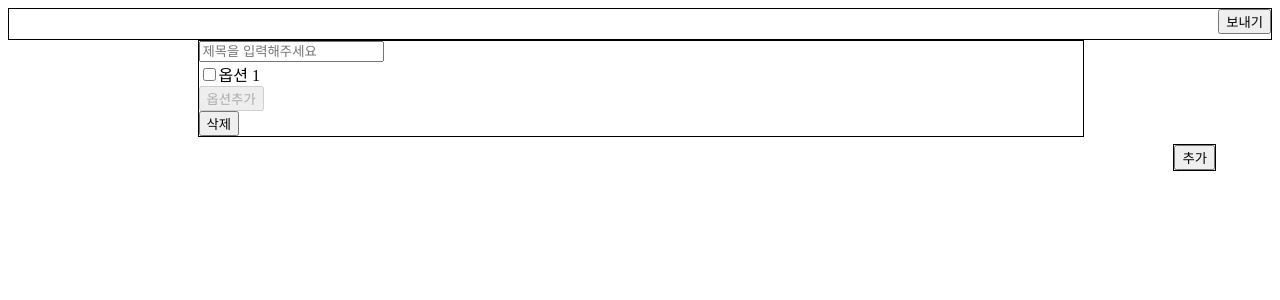
Repository: binigy97/VoteStie
Page: voteWeb/src/main/webapp/index.html
These files come from the project's save history. The page is drawn as it stood at one moment and after the next save; the edit follows.
The browser window is 1280 px wide. The pictures show the whole page.

Above is the page before, as saved 2022-03-03 08:40:48.

After the next save:
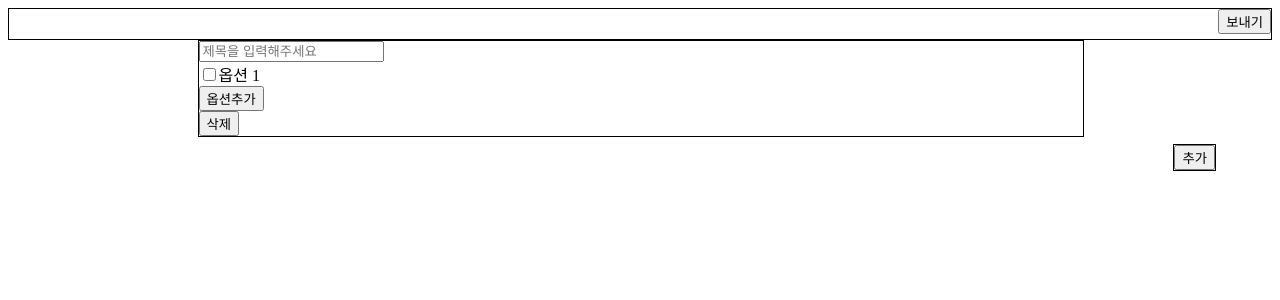
Saved 55 s later.
--- a/voteWeb/src/main/webapp/index.html
+++ b/voteWeb/src/main/webapp/index.html
@@ -49,10 +49,10 @@ div > label:last-child {
 			<input type="text" name="title" placeholder="제목을 입력해주세요">
 			<div>
 				<label><input type="checkbox" name="op1" value="옵션 1">옵션 1</label>
-				<a href="add_btn"><input type="submit" value="옵션추가" disabled></a>
+				<a href="add_btn"><input type="submit" value="옵션추가"></a>
 			</div>
 			<div>
-				<input type="button" value="삭제">
+				<input type="submit" value="삭제">
 			</div>
 		</form>
 	</article>
